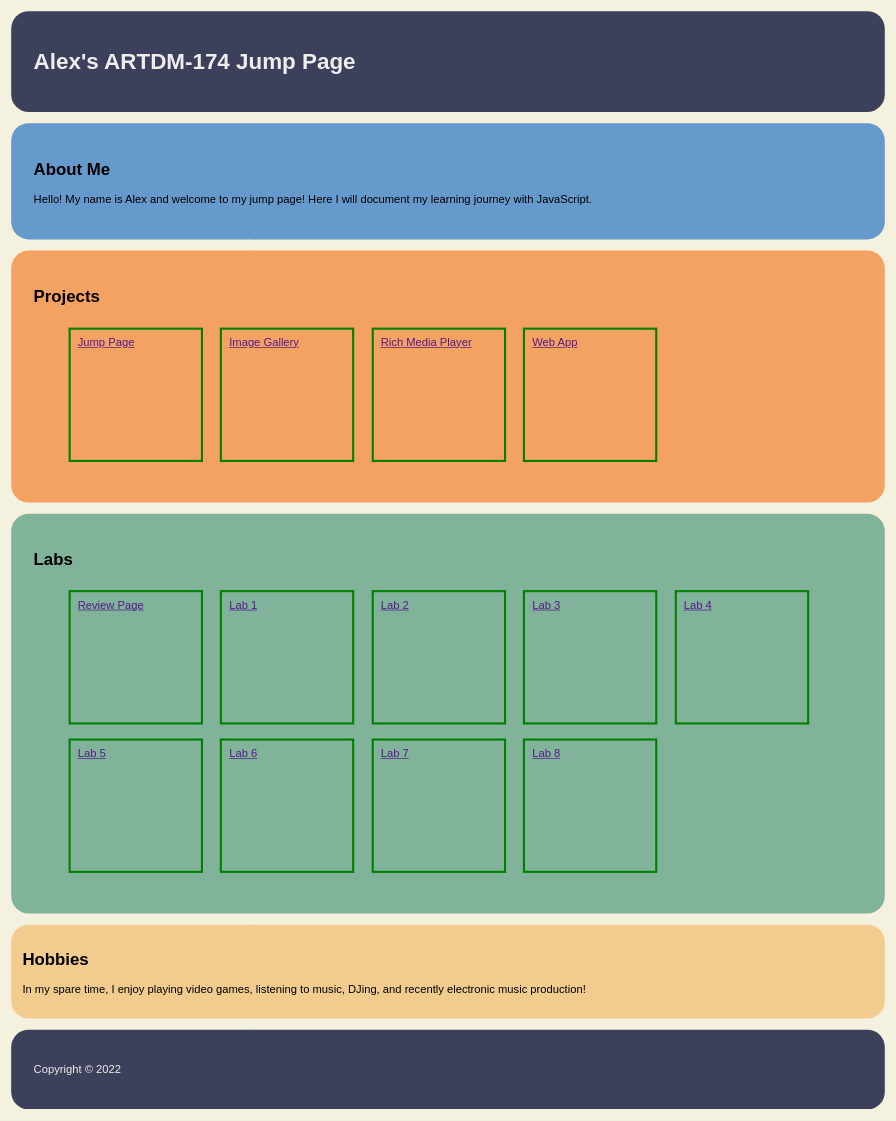
Repository: alexmaddux99/ARTDM-174
Page: Jump Page/index.html
The author's editor kept a copy of each file at every save. The page is drawn from the files as they stood at one save, then again after the next save.
The browser window is 1280 px wide. The pictures show the whole page, at 70% of full size.
Some web fonts or font styles are not loaded; a fallback is used.

Above is the page before, as saved 2022-02-10 13:31:53.

After the next save:
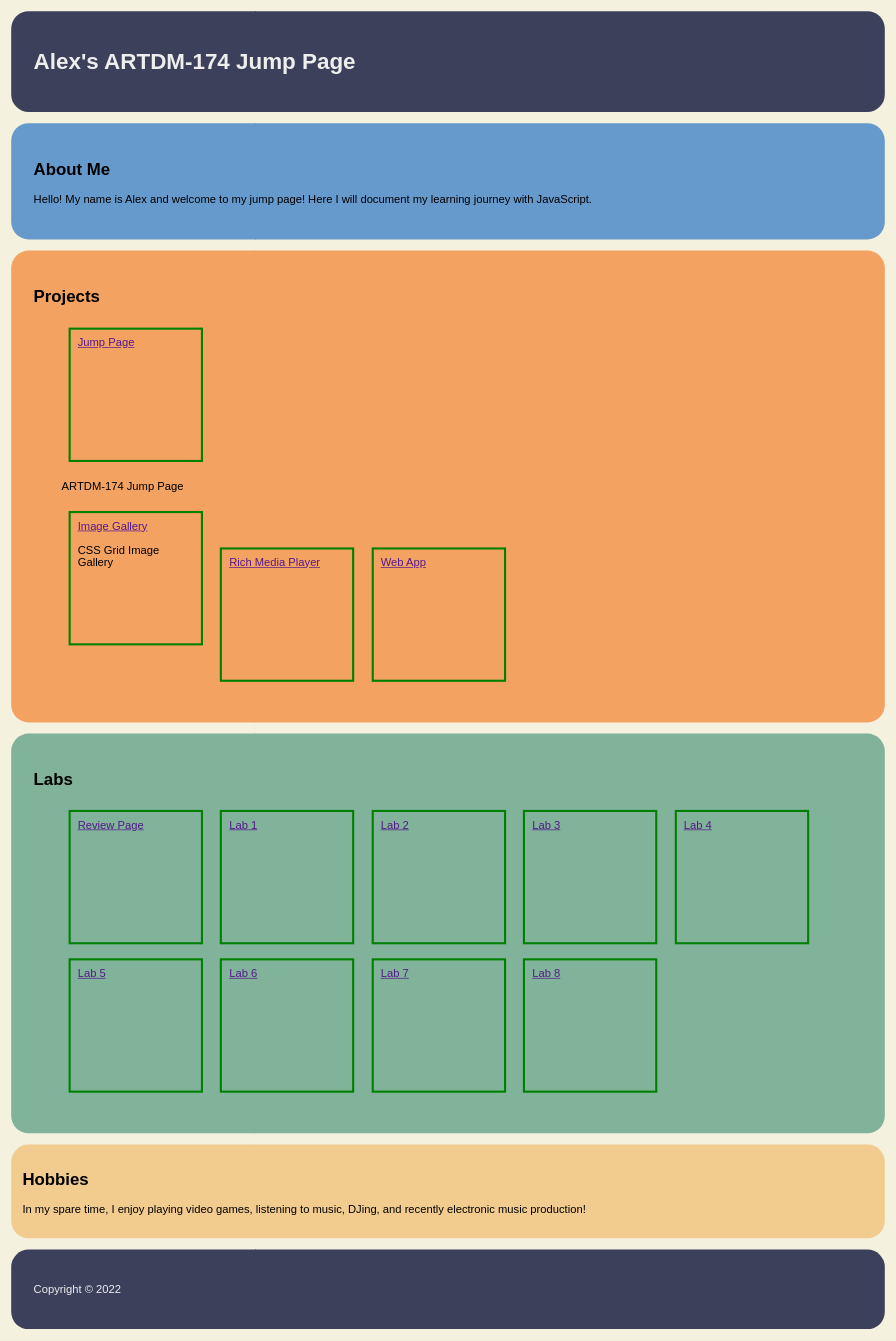
Saved 2 min 53 s later.
--- a/Jump Page/index.html
+++ b/Jump Page/index.html
@@ -27,7 +27,9 @@
             <h2>Projects</h2>
             <ul>
                 <li><a href="">Jump Page</a></li>
-                <li><a href="">Image Gallery</a></li>
+                <p>ARTDM-174 Jump Page</p>
+                <li><a href="">Image Gallery</a>
+                <p>CSS Grid Image Gallery</p></li>
                 <li><a href="">Rich Media Player</a></li>
                 <li><a href="">Web App</a></li>
             </ul>
